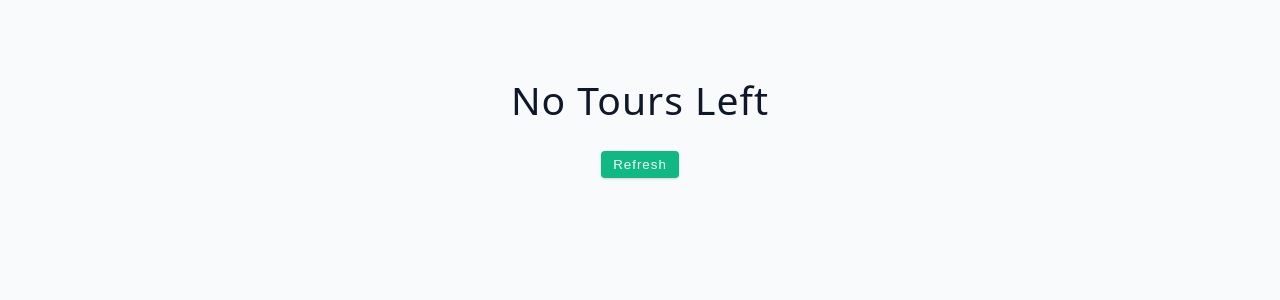
Repository: dydals3440/React-Projects
Page: / (app in 04-fundamental-projects/02-tours/starter/)
The author's editor kept a copy of each file at every save. The page is drawn from the files as they stood at one save, then again after the next save.
The browser window is 1280 px wide. The pictures show the whole page.
The page's requests for data from a server got no answer. The project was rebuilt for these pictures with package versions that can differ from the ones it lists, and the page was loaded fresh each time. No one was signed in, and anything a server would have sent is missing. Also part of the build but not shown: 04-fundamental-projects/02-tours/starter/vite.config.js, 04-fundamental-projects/02-tours/starter/src/Tour.jsx, 04-fundamental-projects/02-tours/starter/src/Tours.jsx.

Above is the page before, as saved 2023-09-03 03:11:03.

After the next save:
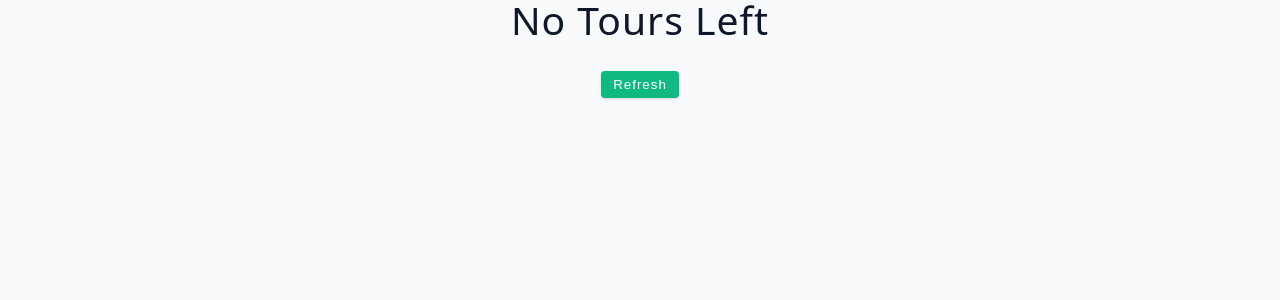
Saved 10 s later.
--- a/04-fundamental-projects/02-tours/starter/src/index.css
+++ b/04-fundamental-projects/02-tours/starter/src/index.css
@@ -236,96 +236,3 @@ ul {
   margin-top: 1rem;
 }
 /* ============= PROJECT CSS =============== */
-
-main {
-  width: 90vw;
-  max-width: var(--max-width);
-  margin: 5rem auto;
-}
-
-.tours {
-  padding: 2rem 0;
-  display: grid;
-  gap: 2rem;
-}
-
-.single-tour {
-  background: var(--white);
-  border-radius: var(--borderRadius);
-  box-shadow: var(--shadow-1);
-  transition: var(--transition);
-  position: relative;
-}
-
-.single-tour:hover {
-  box-shadow: var(--shadow-3);
-}
-
-.tour-price {
-  position: absolute;
-  top: 0;
-  right: 0;
-  padding: 0.5rem;
-  color: var(--white);
-  letter-spacing: var(--letterSpacing);
-  background: var(--primary-500);
-  border-top-right-radius: var(--borderRadius);
-}
-
-.single-tour .img {
-  height: 20rem;
-  border-top-right-radius: var(--borderRadius);
-  border-top-left-radius: var(--borderRadius);
-}
-
-.tour-info {
-  padding: 2rem 1.5rem;
-}
-
-.tour-info h5 {
-  text-align: center;
-  margin-bottom: 1rem;
-  font-weight: 500;
-  line-height: 1.5;
-}
-
-.tour-info p {
-  margin-bottom: 1.25rem;
-  line-height: 1.5;
-  color: var(--grey-500);
-}
-
-.info-btn,
-.delete-btn {
-  background: transparent;
-  border: transparent;
-  text-transform: capitalize;
-  cursor: pointer;
-}
-
-.info-btn {
-  color: var(--primary-500);
-  font-weight: 600;
-}
-
-.delete-btn {
-  border: 1px solid var(--primary-500);
-  color: var(--primary-500);
-}
-
-.delete-btn:hover {
-  background: var(--primary-500);
-  color: var(--white);
-}
-
-@media screen and (min-width: 768px) {
-  .tours {
-    grid-template-columns: 1fr 1fr;
-    align-items: start;
-  }
-}
-@media screen and (min-width: 992px) {
-  .tours {
-    grid-template-columns: 1fr 1fr 1fr;
-  }
-}
